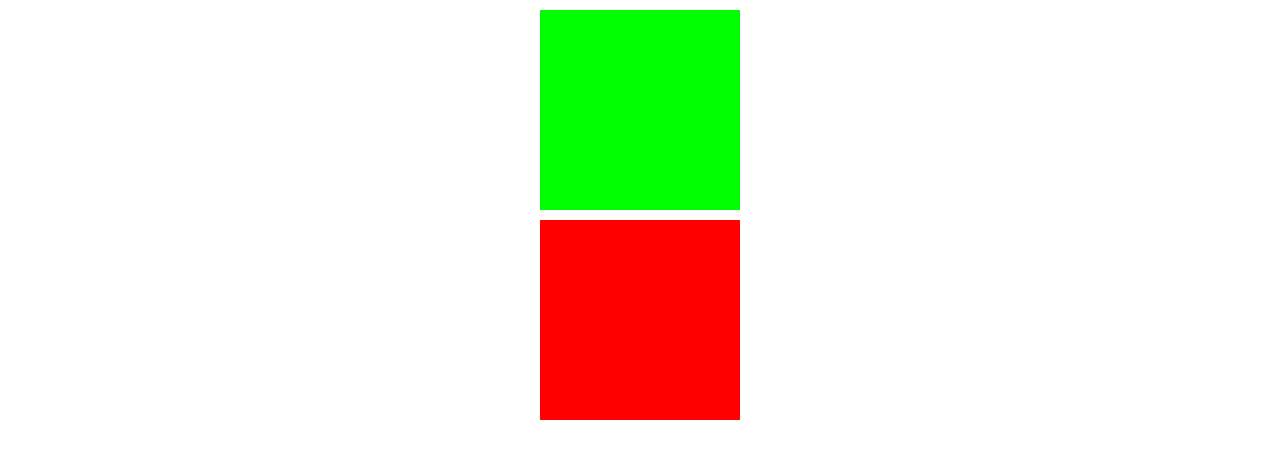
Repository: LstHeart/html-learning
Page: css3/CSS3颜色.html
These files come from the project's save history. The page is drawn as it stood at one moment and after the next save; the edit follows.
The browser window is 1280 px wide. The pictures show the whole page.

Above is the page before, as saved 2021-01-12 15:53:42.

After the next save:
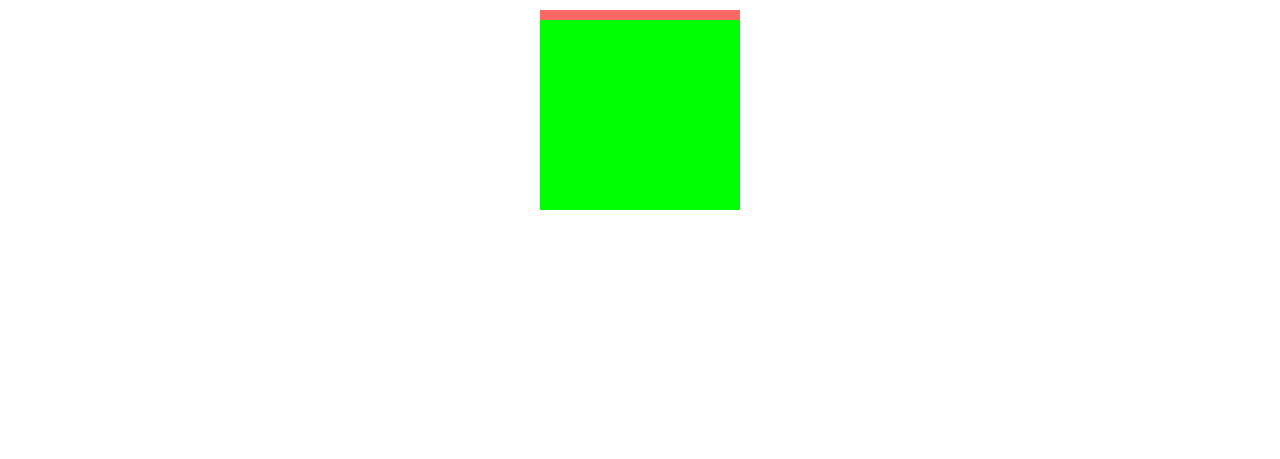
Saved 27 s later.
--- a/css3/CSS3颜色.html
+++ b/css3/CSS3颜色.html
@@ -6,9 +6,9 @@
     <meta http-equiv="X-UA-Compatible" content="ie=edge" />
     <title>CSS3颜色</title>
     <style>
-      .container{
-        position:relative;
-        overflow:hidden;
+      .container {
+        position: relative;
+        overflow: hidden;
       }
       div {
         width: 200px;
@@ -17,16 +17,18 @@
         /* background-color: rgb(255, 0, 0); */
         background-color: rgba(255, 0, 0, 0.6);
       }
-      .div1{
-        background-color: rgb(0,255,0);
+      .div1 {
+        background-color: rgb(0, 255, 0);
       }
-      .div2{
+      .div2 {
         background-color: rgb(255, 0, 0);
       }
     </style>
   </head>
   <body>
-    <div class="div1"></div>
-    <div class="div2"></div>
+    <div class="container">
+      <div class="div1"></div>
+      <div class="div2"></div>
+    </div>
   </body>
 </html>
